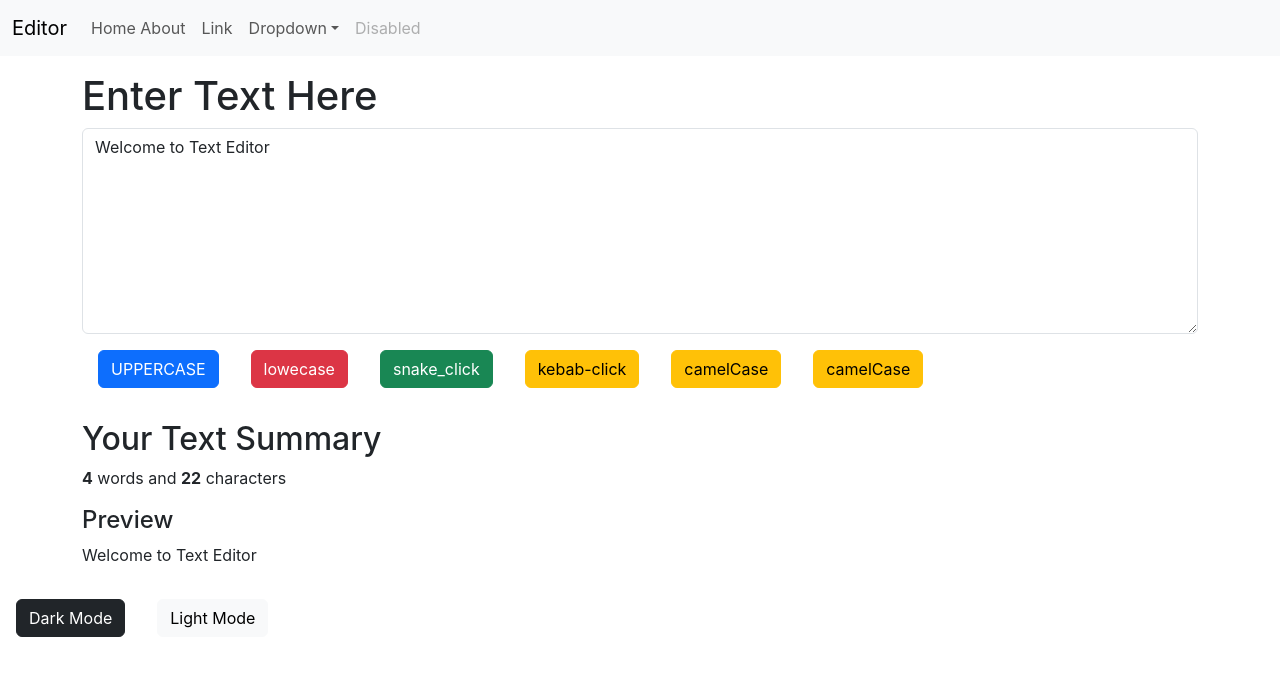
Repository: Shubham-tawar/Text-editor
Page: /
The author's editor kept a copy of each file at every save. The page is drawn from the files as they stood at one save, then again after the next save.
The browser window is 1280 px wide. The pictures show the whole page.
The project was rebuilt for these pictures with package versions that can differ from the ones it lists, and the page was loaded fresh each time. Also part of the build but not shown: src/App.css.

Above is the page before, as saved 2025-07-07 20:59:50.

### public/index.html
<!DOCTYPE html>
<html lang="en">
  <head>
    <meta charset="utf-8" />
    <link rel="icon" href="%PUBLIC_URL%/favicon.ico" />
    <meta name="viewport" content="width=device-width, initial-scale=1" />
    <meta name="theme-color" content="#000000" />
    <meta
      name="description"
      content="Web site created using create-react-app"
    />
    <link rel="apple-touch-icon" href="%PUBLIC_URL%/logo192.png" />
    <!--
      manifest.json provides metadata used when your web app is installed on a
      user's mobile device or desktop. See https://developers.google.com/web/fundamentals/web-app-manifest/
    -->
    <link rel="manifest" href="%PUBLIC_URL%/manifest.json" />
    <!--
      Notice the use of %PUBLIC_URL% in the tags above.
      It will be replaced with the URL of the `public` folder during the build.
      Only files inside the `public` folder can be referenced from the HTML.

      Unlike "/favicon.ico" or "favicon.ico", "%PUBLIC_URL%/favicon.ico" will
      work correctly both with client-side routing and a non-root public URL.
      Learn how to configure a non-root public URL by running `npm run build`.
    -->
    <link href="https://cdn.jsdelivr.net/npm/bootstrap@5.3.7/dist/css/bootstrap.min.css" rel="stylesheet" integrity="sha384-LN+7fdVzj6u52u30Kp6M/trliBMCMKTyK833zpbD+pXdCLuTusPj697FH4R/5mcr" crossorigin="anonymous">
    <title>React App</title>
  </head>
  <body>
    <noscript>You need to enable JavaScript to run this app.</noscript>
    <div id="root"></div>
    <!--
      This HTML file is a template.
      If you open it directly in the browser, you will see an empty page.

      You can add webfonts, meta tags, or analytics to this file.
      The build step will place the bundled scripts into the <body> tag.

      To begin the development, run `npm start` or `yarn start`.
      To create a production bundle, use `npm run build` or `yarn build`.
    -->
    <script src="https://cdn.jsdelivr.net/npm/bootstrap@5.3.7/dist/js/bootstrap.bundle.min.js" integrity="sha384-ndDqU0Gzau9qJ1lfW4pNLlhNTkCfHzAVBReH9diLvGRem5+R9g2FzA8ZGN954O5Q" crossorigin="anonymous"></script>
  </body>
</html>

### src/App.js

import './App.css';
import Darktheme from './components/Darktheme';
import Navbar from './components/Navbar';
import Textform from './components/Textform';

function App() {
  return (
    <>
    <Navbar title="Editor" aboutText="About"/>
    <Textform heading = "Enter Text Here"/>
    <Darktheme />
    </>
  );
}

export default App;

### src/components/Darktheme.js
import React from 'react'

export default function Darktheme() {
    const handleDarkTheme = () => {
        document.body.style.backgroundColor = '#343a40'; // Dark background
        document.body.style.color = 'white'; // Light text color
    }
    const handleLightTheme = () =>{
        document.body.style.backgroundColor = 'white';
        document.body.style.color = 'black'; // Dark text color
    }
  return (
    <div>
      <button type="button" className="btn btn-dark m-3" onClick={handleDarkTheme}>Dark Mode</button>
      <button type="button" className="btn btn-light m-3" onClick={handleLightTheme}>Light Mode</button>
    </div>
  )
}

### src/components/Navbar.js
import React from 'react'
import PropTypes from 'prop-types'
export default function Navbar(props) {
  return (
    <>
    <nav className="navbar navbar-expand-lg navbar-light bg-light">
        <div className="container-fluid">
            <a className="navbar-brand" href="/">{props.title}</a>
            <button className="navbar-toggler" type="button" data-toggle="collapse" data-target="#navbarSupportedContent" aria-controls="navbarSupportedContent" aria-expanded="false" aria-label="Toggle navigation">
                <span className="navbar-toggler-icon"></span>
            </button>

            <div className="collapse navbar-collapse" id="navbarSupportedContent">
                <ul className="navbar-nav mr-auto">
                <li className="nav-item active">
                    <a className="nav-link" href="/">Home <span className="sr-only">{props.aboutText}</span></a>
                </li>
                <li className="nav-item">
                    <a className="nav-link" href="/">Link</a>
                </li>
                <li className="nav-item dropdown">
                    <a className="nav-link dropdown-toggle" href="/" id="navbarDropdown" role="button" data-toggle="dropdown" aria-haspopup="true" aria-expanded="false">
                    Dropdown
                    </a>
                    <div className="dropdown-menu" aria-labelledby="navbarDropdown">
                    <a className="dropdown-item" href="/">Action</a>
                    <a className="dropdown-item" href="/">Another action</a>
                    <div className="dropdown-divider"></div>
                    <a className="dropdown-item" href="/">Something else here</a>
                    </div>
                </li>
                <li className="nav-item">
                    <a className="nav-link disabled" href="/">Disabled</a>
                </li>
                </ul>

            </div>
        </div>

    </nav>
    </>
  )
}

Navbar.propTypes = {
    title: PropTypes.string,
    aboutText: PropTypes.string
}

### src/components/Textform.js
import React, {useState} from 'react'
import PropTypes from 'prop-types'


export default function Textform(props) {
    const [text, setText] = useState("Welcome to Text Editor");

    function handleUpClick(){
        console.log("Uppercase was clicked");
        let newText = text.toUpperCase();
        setText(newText);
    }

    function handleLowClick(){
        console.log("Lowercase was clicked");
        let newText = text.toLowerCase();
        setText(newText);
    }
    function handleSnakeClick(){
        console.log("Snake Case was clicked");
        let newText = text.replace(/\s+/g, '_').toLowerCase();
        setText(newText);
    }
    function handleKebabClick(){
        console.log("Kebab Case was clicked");
        let newText = text.replace(/_/g, '-').toLowerCase();
        setText(newText);
    }

    function handleCamelClick(){
        console.log("Camel Case was clicked");
         let newText = text
            .toLowerCase()
            .split(' ')
            .map((word, index) => {
                if (index === 0) return word; // Keep the first word in lowercase
                return word.charAt(0).toUpperCase() + word.slice(1); // Capitalize the first letter of subsequent words
            })
            .join('');
            setText(newText);
            /*
            let newText = text.toLowerCase();
            // Split the text into words and capitalize the first letter of each word except the first one
            let words = newText.split(' ');
            for (let i = 1; i < words.length; i++) {
                words[i] = words[i].charAt(0).toUpperCase() + words[i].slice(1);
            }
            newText = words.join('');
            setText(newText); */
    }
    function handleOnChange(event){  // able to change teh text in the textarea
        setText(event.target.value);
    }

    return (
        <>
        <form className='container my-3'>

            <div className="form-group">
                <h1>{props.heading}</h1>
                <textarea className="form-control" id="exampleFormControlTextarea1" onChange={handleOnChange} rows="8" value={text} placeholder='Text Area'></textarea>
            </div>
            <button type='button' className="btn btn-primary m-3" onClick={handleUpClick}>UPPERCASE</button>
            <button type='button' className="btn btn-danger m-3" onClick={handleLowClick}>lowecase</button>
            <button type='button' className="btn btn-success m-3" onClick={handleSnakeClick}>snake_click</button>
            <button type='button' className="btn btn-warning m-3" onClick={handleKebabClick}>kebab-click</button>
            <button type='button' className="btn btn-warning m-3" onClick={handleCamelClick}>camelCase</button>
            <button type='button' className="btn btn-warning m-3" onClick={handleCamelClick}>camelCase</button>
        </form>
        <div className="container">
            <h2>Your Text Summary</h2>
            <p><b>{text.split(' ').length}</b> words and <b>{text.length}</b> characters</p>
            <h4>Preview</h4>
            <p>{text.length > 0 ? text : "Enter something in the text area to preview it here"}</p>
        </div>

        </>
    )
}

Textform.propTypes = {
    heading: PropTypes.string
}

Textform.defaultProps = {
    heading: "Enter Text Here"
}

Loaded but not shown: src/index.js (common file); src/index.css (common file); src/reportWebVitals.js (common file)

After the next save:
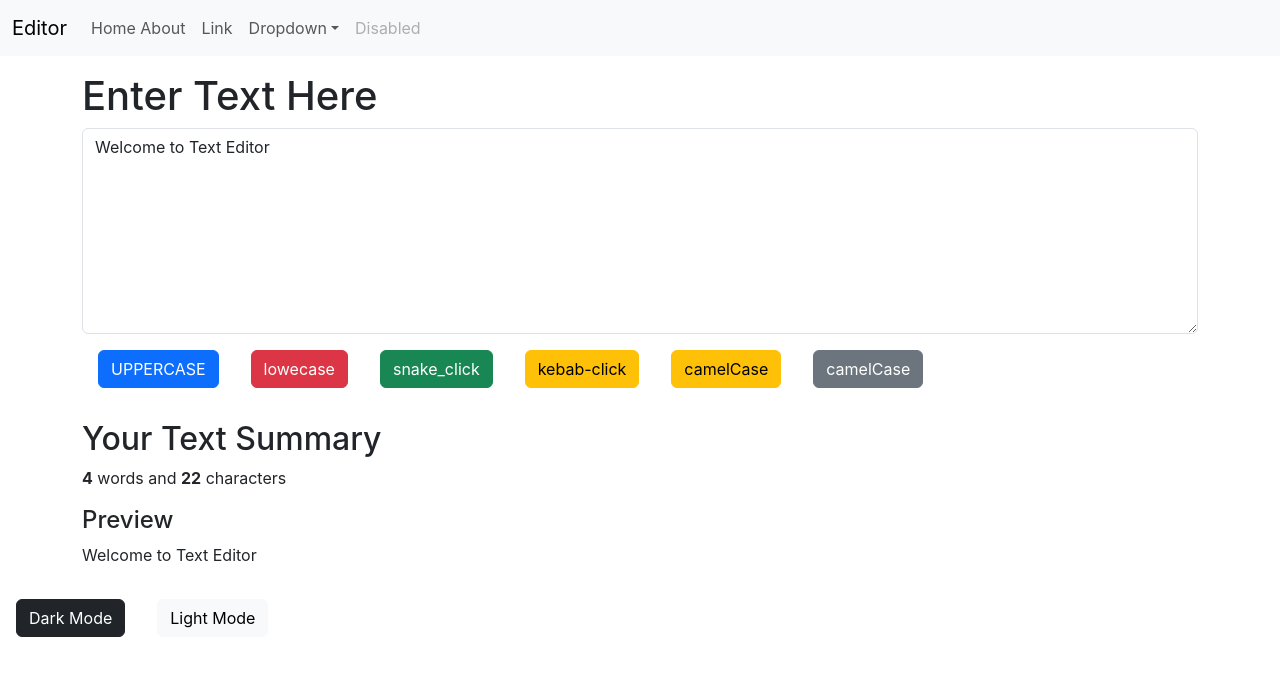
Saved 8 s later.
--- a/src/components/Textform.js
+++ b/src/components/Textform.js
@@ -65,7 +65,7 @@ export default function Textform(props) {
             <button type='button' className="btn btn-success m-3" onClick={handleSnakeClick}>snake_click</button>
             <button type='button' className="btn btn-warning m-3" onClick={handleKebabClick}>kebab-click</button>
             <button type='button' className="btn btn-warning m-3" onClick={handleCamelClick}>camelCase</button>
-            <button type='button' className="btn btn-warning m-3" onClick={handleCamelClick}>camelCase</button>
+            <button type='button' className="btn btn-secondary m-3" onClick={handleCamelClick}>camelCase</button>
         </form>
         <div className="container">
             <h2>Your Text Summary</h2>
